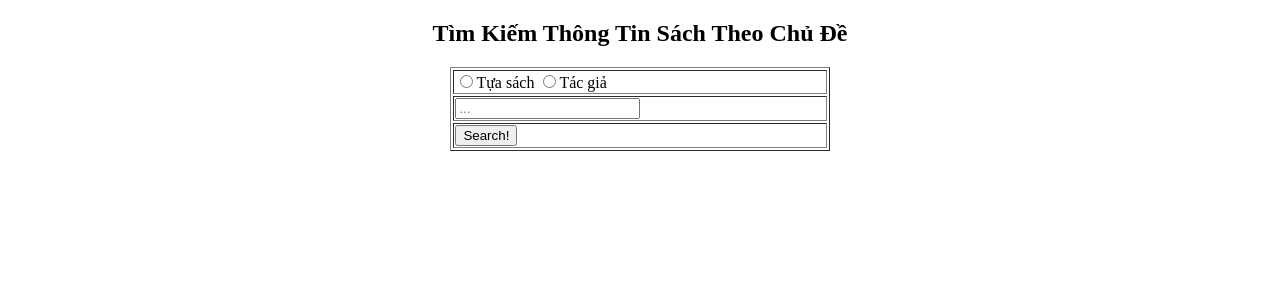
Repository: trangtruc/Java_NangCao
Page: http://localhost/EBookShop/myeshop.jsp
The author's editor kept a copy of each file at every save. The page is drawn from the files as they stood at one save, then again after the next save.
The browser window is 1280 px wide. The pictures show the whole page.
The page is served by Tomcat 9. Other server files are loaded and not shown.

Above is the page before, as saved 2017-03-14 15:15:42.

### Buoi4/EBookShop/WebContent/myeshop.jsp
<%@ page language="java" contentType="text/html; charset=UTF-8"
    pageEncoding="UTF-8"%>
<!DOCTYPE html PUBLIC "-//W3C//DTD HTML 4.01 Transitional//EN" "http://www.w3.org/TR/html4/loose.dtd">
<html>
<head>
<meta http-equiv="Content-Type" content="text/html; charset=UTF-8">
<title>Insert title here</title>
</head>
<body>
	<h2 align="center">Tìm Kiếm Thông Tin Sách Theo Chủ Đề</h2>
	<form method="POST" action="Controller">
	<table align="center" border="1" width="30%">
		<tr>
			<td>
				<input type="radio" name="ra" value="title"/>Tựa sách
				<input type="radio" name="ra" value="author"/>Tác giả
			</td>
		</tr>
		<tr>
			<td>
				<input type="text" name="timkiem" placeholder="..."/>
			</td>
		</tr>
		<tr>
			<td>
				<input type="submit" value="Search!" />

			</td>
		</tr>

	</table>
	</form>
</body>
</html>

After the next save:
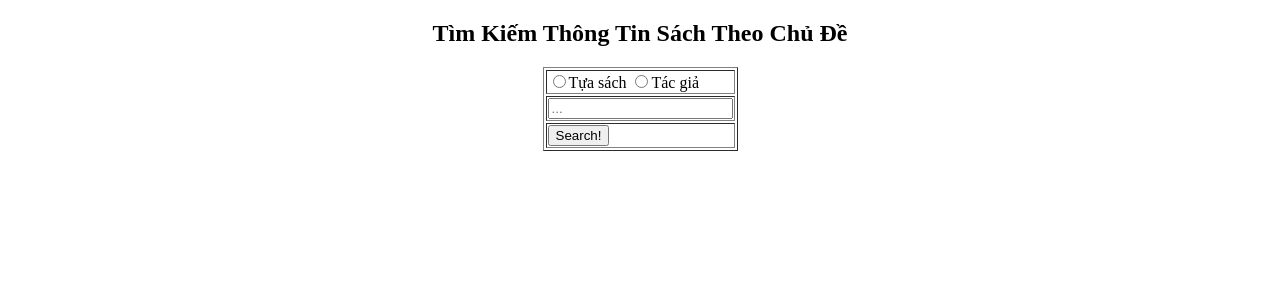
Saved 8 s later.
--- a/Buoi4/EBookShop/WebContent/myeshop.jsp
+++ b/Buoi4/EBookShop/WebContent/myeshop.jsp
@@ -9,7 +9,7 @@
 <body>
 	<h2 align="center">Tìm Kiếm Thông Tin Sách Theo Chủ Đề</h2>
 	<form method="POST" action="Controller">
-	<table align="center" border="1" width="30%">
+	<table align="center" border="1" >
 		<tr>
 			<td>
 				<input type="radio" name="ra" value="title"/>Tựa sách
